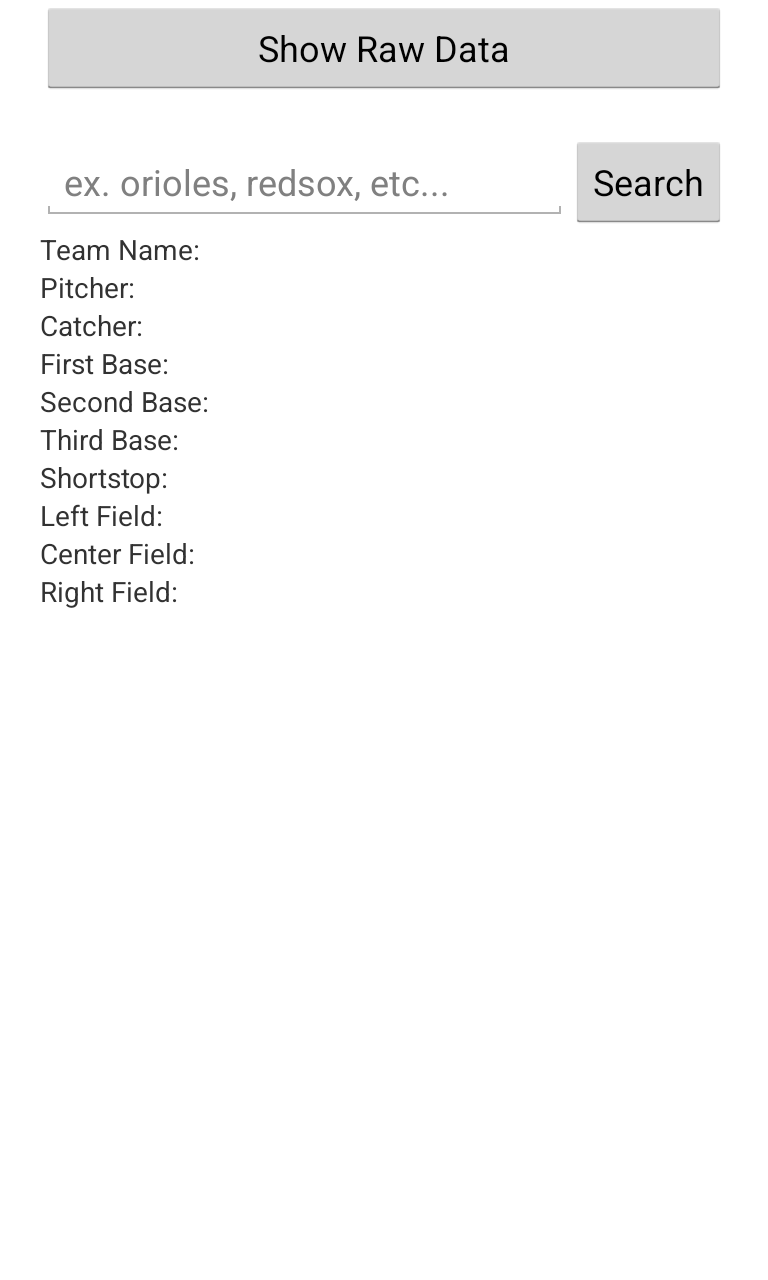
Repository: jemcphe/java1
Layout: teamG.M./TeamGM/res/layout/applayout.xml
An editor plug-in stored every save of this project. The layout is shown before and after the next save, followed by the edit.
It is drawn on a 768 x 1280 px phone screen (xhdpi) without system bars, with theme AppTheme; the app's code is not run.

Above is the layout before, as saved 2013-05-27 05:03:55.

After the next save:
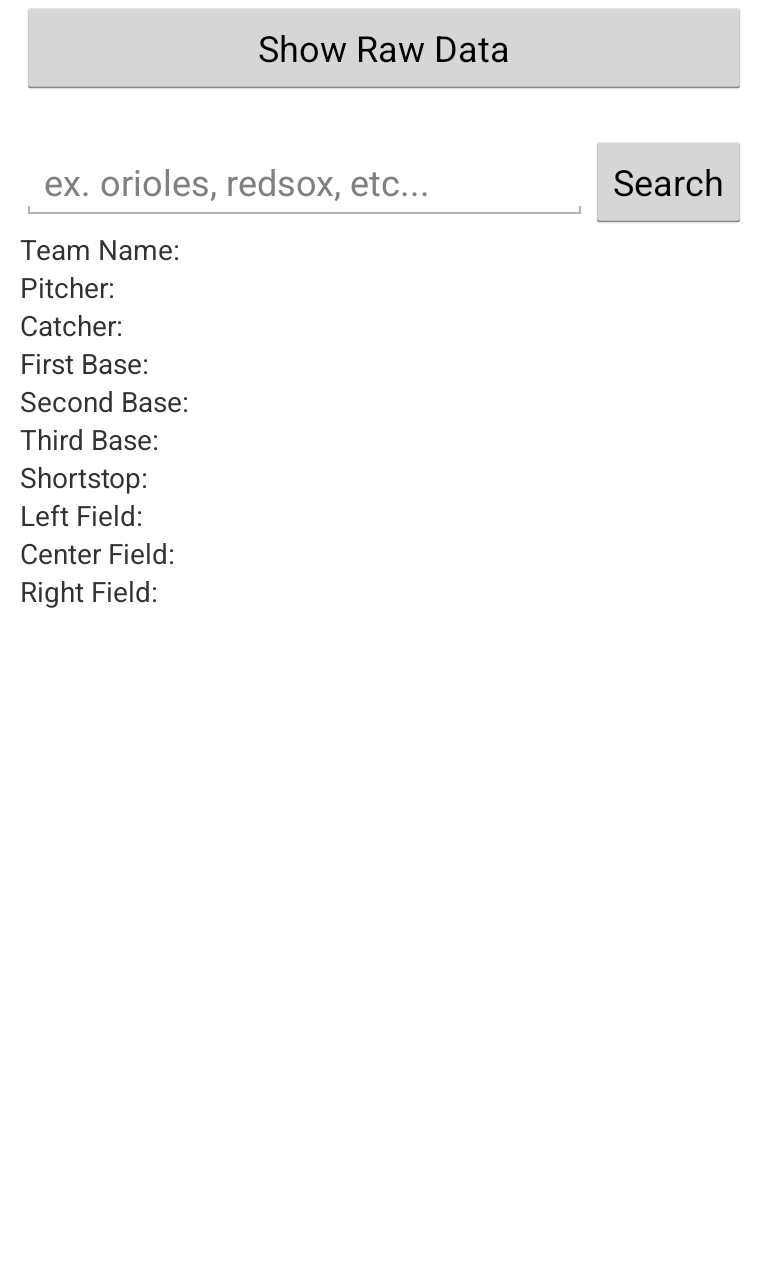
Saved 50 s later.
--- a/teamG.M./TeamGM/res/layout/applayout.xml
+++ b/teamG.M./TeamGM/res/layout/applayout.xml
@@ -3,8 +3,8 @@
     android:layout_width="fill_parent"
     android:layout_height="fill_parent"
     android:orientation="vertical"
-    android:paddingLeft="20dp"
-    android:paddingRight="20dp" >
+    android:paddingLeft="10dp"
+    android:paddingRight="10dp" >
 
     <LinearLayout
         android:id="@+id/historyLayout"
